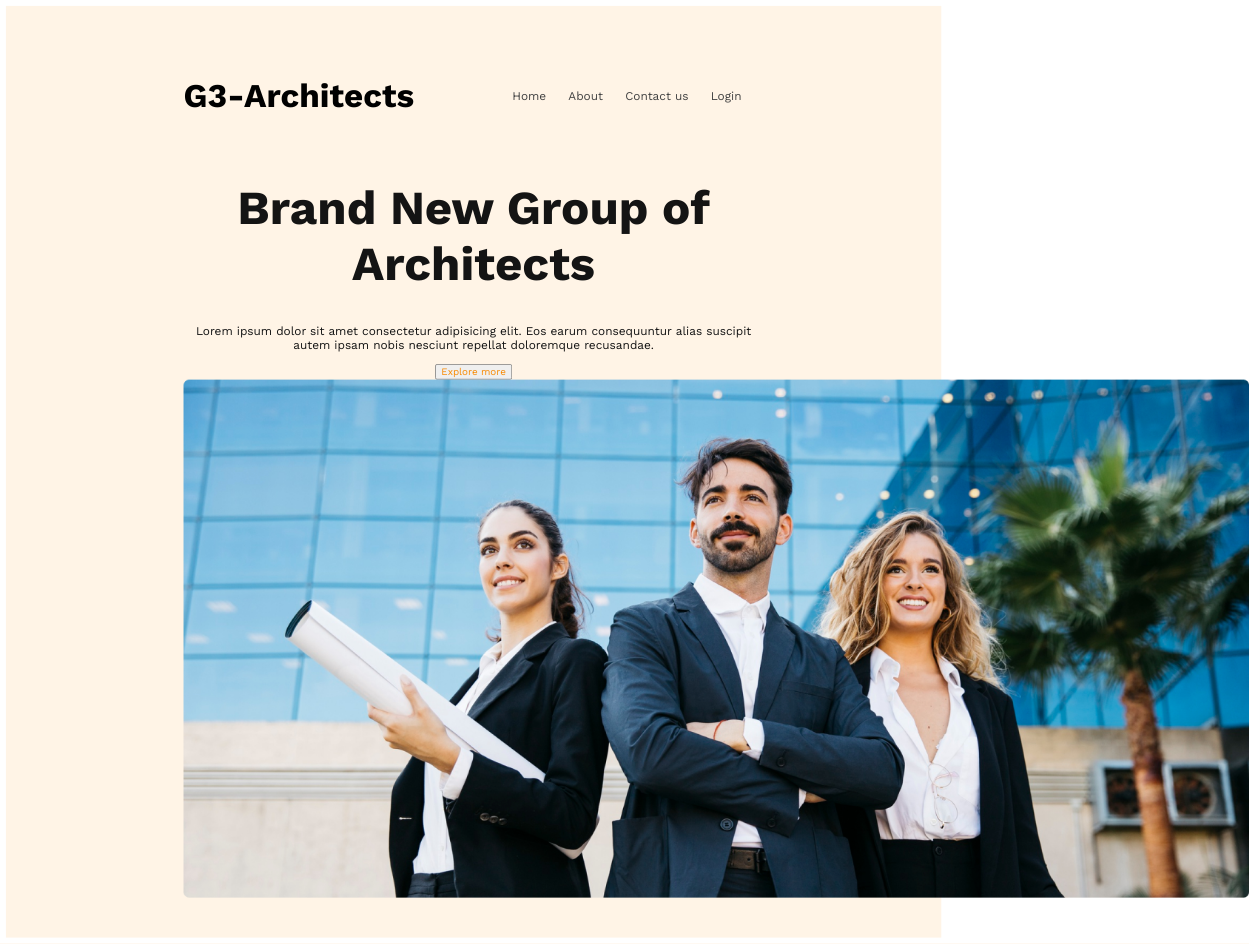
Repository: RudrasahaDibos/architects-resources
Page: index.html
These files come from the project's save history. The page is drawn as it stood at one moment and after a run of saves; the edit follows.
The browser window is 1280 px wide. The page is 1688 px wide, so the pictures cover 1688 px, including what lies to the right of the window. The pictures show the whole page, at 74% of full size.

Above is the page before, as saved 2024-10-06 16:54:54.

After the next 2 saves:
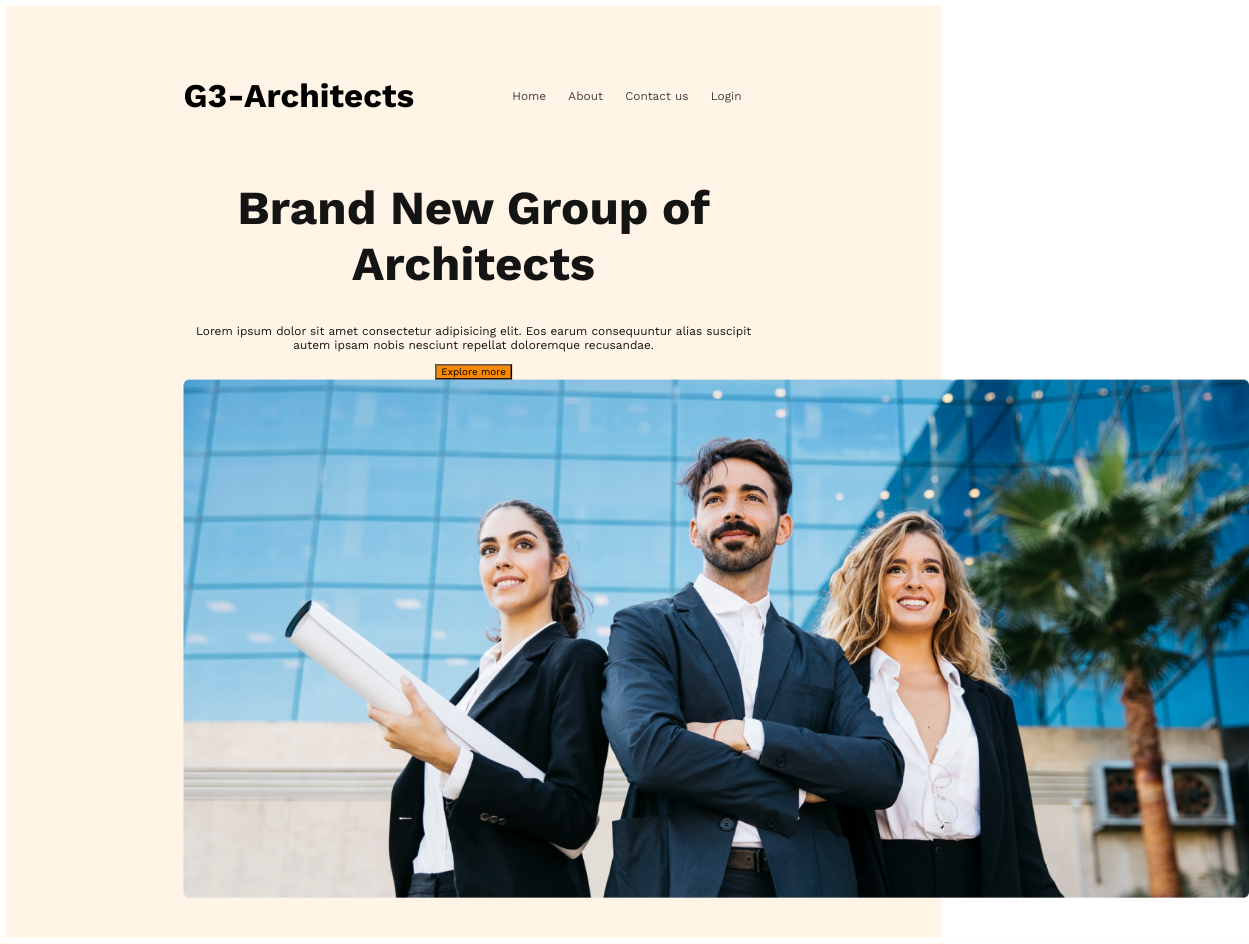
The 2 saves are shown as one change because they came seconds apart.
The last was saved 39 s later.
--- a/index.css
+++ b/index.css
@@ -9,7 +9,7 @@
 
 }
 .btn-banner{
-    color: rgb(248, 137, 0);
+    background-color: rgb(248, 137, 0);
 }
 
 /* header section */
